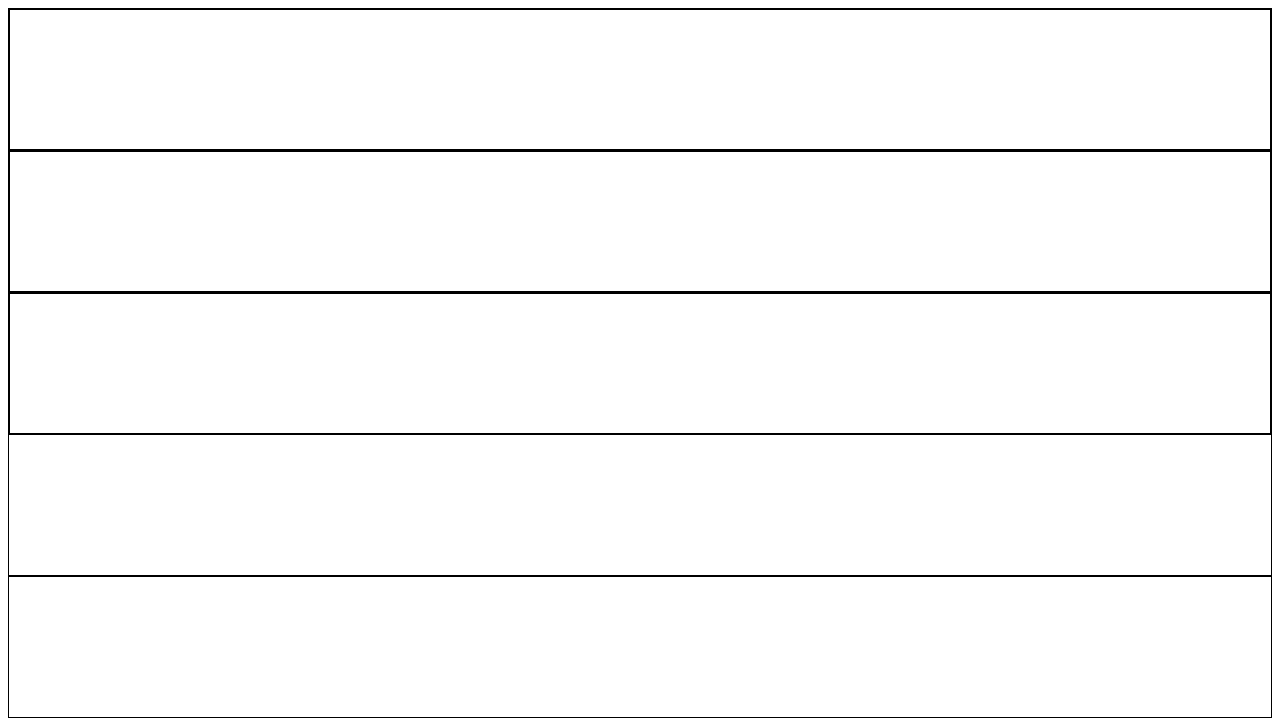
Repository: AishwaryaPandey987/PGLife
Page: home.html
The author's editor kept a copy of each file at every save. The page is drawn from the files as they stood at one save, then again after the next save.
The browser window is 1280 px wide. The pictures show the whole page.

Above is the page before, as saved 2022-10-27 20:34:22.

### home.html
<!DOCTYPE html>
  <html>
    <head>
        <title>CSS Page</title>
         <link rel="stylesheet" href="css/style.css" />
    </head>
    <body>

      <div class="row">
        <div class="col"></div>
        <div class="col"></div>
        <div class="col"></div>
      </div>

      <div class="row"></div>

      <div class=" row"></div>

      <div class="row"></div>

      <div class="row"></div>
    </body>
  </html>

### css/style.css


div{

  border:  1px solid black;
 height: 140px;
}

After the next save:
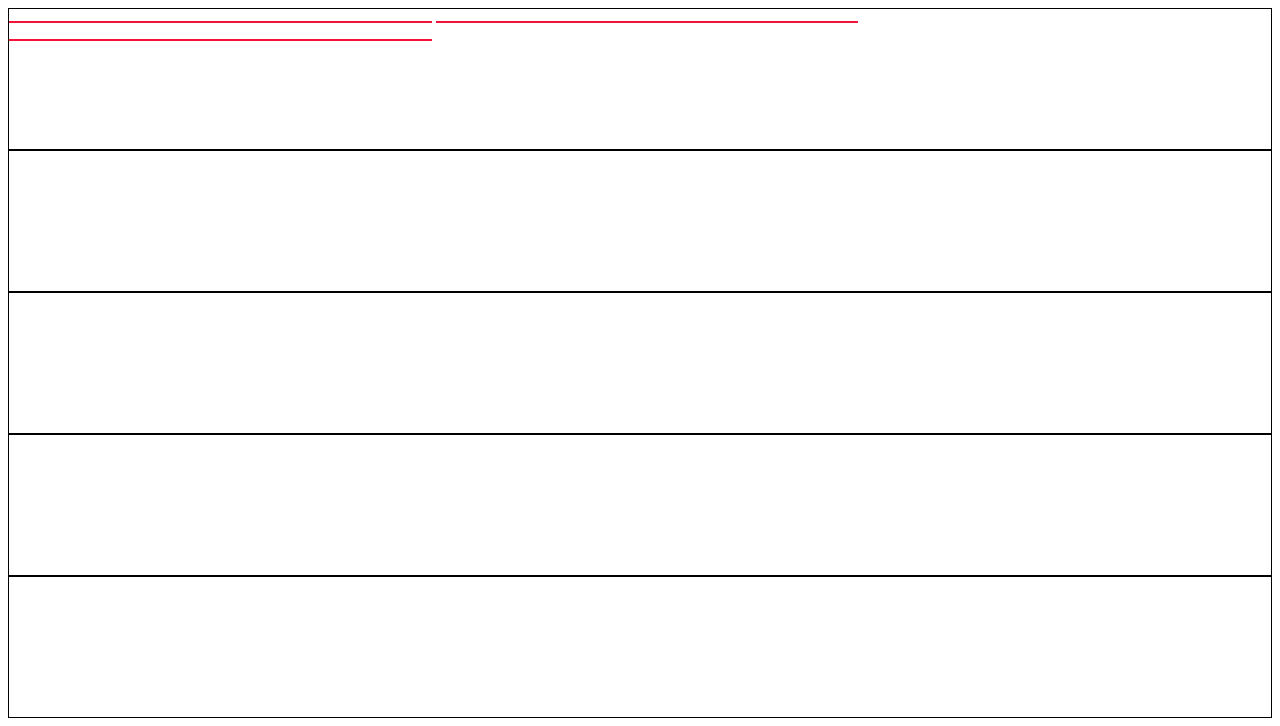
Saved 76 s later.
--- a/css/style.css
+++ b/css/style.css
@@ -1,7 +1,14 @@
 
 
-div{
+.row{
 
   border:  1px solid black;
  height: 140px;
 }
+
+.col{
+  border: 1px solid rgb(241, 19, 56);
+  display: inline-block;
+  width: 33.33%;
+
+}
